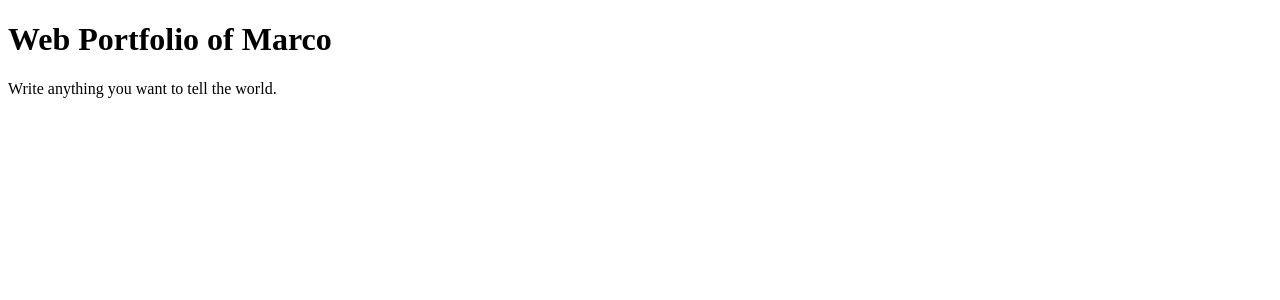
Repository: KLM94/newportfolio
Page: index.html
An editor plug-in stored every save of this project. The page is shown before and after the next save, followed by the edit.
The browser window is 1280 px wide. The pictures show the whole page.

Above is the page before, as saved 2020-10-23 15:51:14.

After the next save:
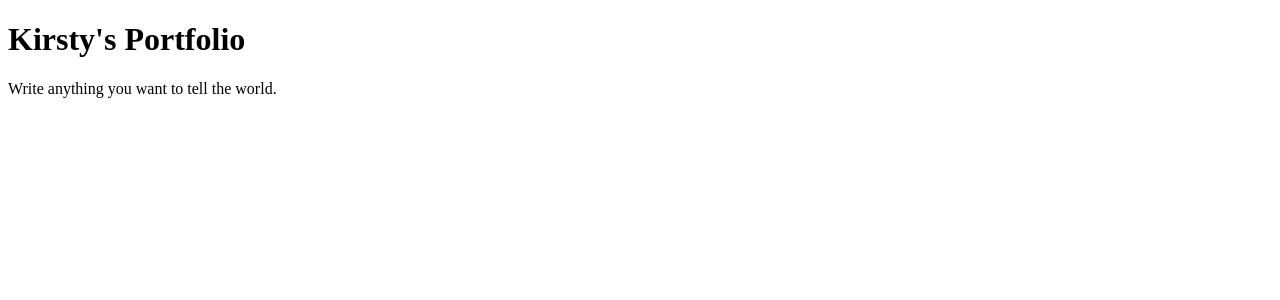
Saved 22 s later.
--- a/index.html
+++ b/index.html
@@ -3,11 +3,11 @@
 
 <head>
     <meta charset="utf-8">
-    <title>Web Portfolio of Marco</title>
+    <title>Kirsty's Portfolio</title>
 </head>
 
 <body>
-    <h1>Web Portfolio of Marco</h1>
+    <h1>Kirsty's Portfolio</h1>
     <p>Write anything you want to tell the world.</p>
 </body>
 
